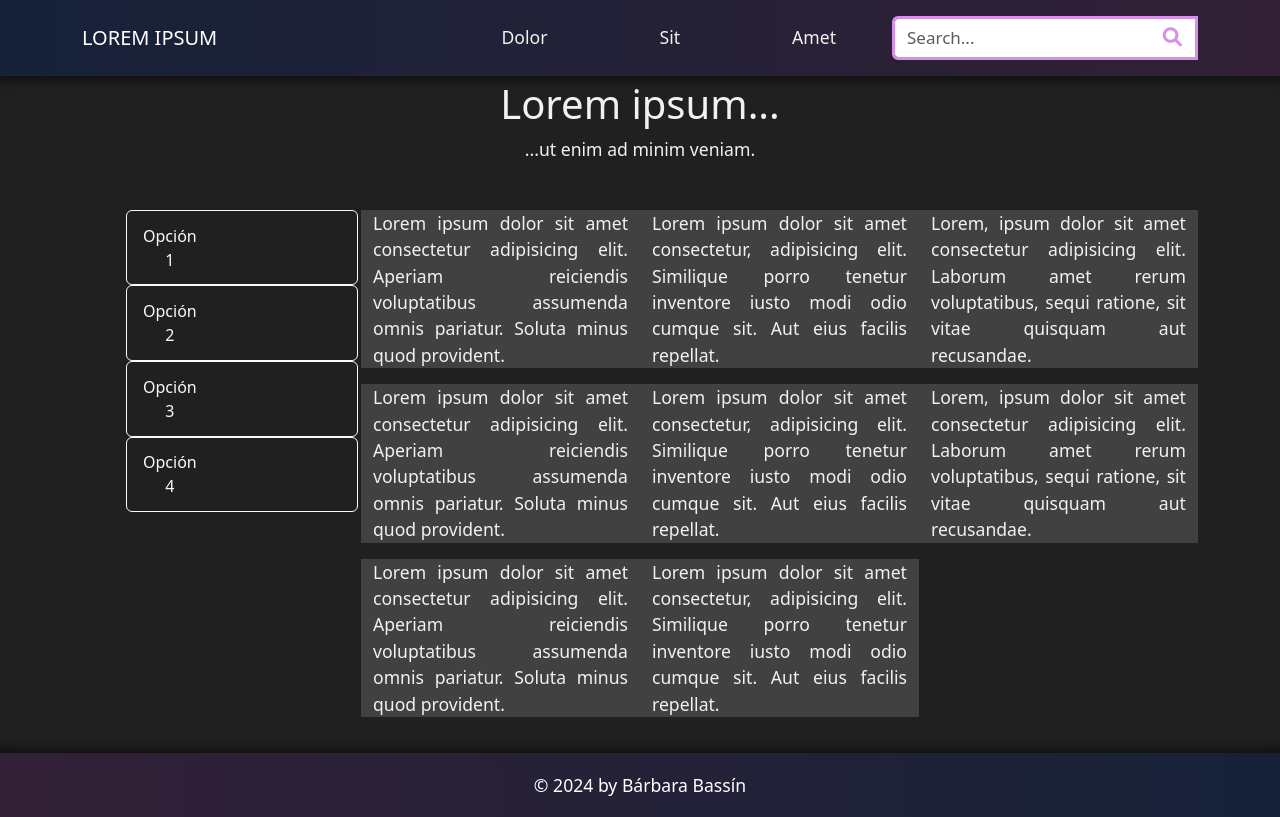
Repository: romancegirl/responsiveness
Page: index.html
An editor plug-in stored every save of this project. The page is shown before and after the next save, followed by the edit.
The browser window is 1280 px wide. The pictures show the whole page.

Above is the page before, as saved 2024-11-29 21:23:51.

### index.html
<!DOCTYPE html>
<html lang="en">

<head>
    <meta charset="UTF-8">
    <meta name="viewport" content="width=device-width, initial-scale=1.0">
    <title>Responsiveness - Bárbara Bassín</title>
    <link href="https://cdn.jsdelivr.net/npm/bootstrap@5.3.0/dist/css/bootstrap.min.css" rel="stylesheet">
    <link rel="stylesheet" href="https://cdnjs.cloudflare.com/ajax/libs/font-awesome/6.0.0-beta3/css/all.min.css">
    <link rel="stylesheet" href="css/header-and-footer.css">
    <link rel="stylesheet" href="css/styles.css">
</head>

<body>
    <!-- Header -->
    <header class="py-2">
        <div class="container d-flex align-items-center justify-content-between" id="profile">
            <h5 class="m-0">LOREM IPSUM</h5>
            <nav class="navbar navbar-expand-lg">
                <button class="navbar-toggler" type="button" data-bs-toggle="collapse" data-bs-target="#navbarNav"
                    aria-controls="navbarNav" aria-expanded="false" aria-label="Toggle navigation">
                    <i class="fas fa-bars"></i>
                </button>
                <div class="collapse navbar-collapse" id="navbarNav">
                    <ul class="navbar-nav">
                        <li class="nav-item"><a class="nav-link">Dolor</a></li>
                        <li class="nav-item"><a class="nav-link">Sit</a></li>
                        <li class="nav-item"><a class="nav-link">Amet</a></li>
                        <li class="nav-item dropdown d-lg-none">
                            <a class="nav-link dropdown-toggle" href="#" id="dropdownMenuButton" role="button"
                                data-bs-toggle="dropdown" aria-expanded="false">
                                Opciones
                            </a>
                            <ul class="dropdown-menu" aria-labelledby="dropdownMenuButton">
                                <li><button type="button" class="dropdown-item">Opción 1</button></li>
                                <li><button type="button" class="dropdown-item">Opción 2</button></li>
                                <li><button type="button" class="dropdown-item">Opción 3</button></li>
                                <li><button type="button" class="dropdown-item">Opción 4</button></li>
                            </ul>
                        </li>
                        <li>
                            <div class="search-container">
                                <form action="/action_page.php">
                                    <div class="input-group">
                                        <input type="text" class="form-control" placeholder="Search..." name="search">
                                        <button type="submit" class="btn">
                                            <i class="fa fa-search"></i>
                                        </button>
                                    </div>
                                </form>
                            </div>
                        </li>
                    </ul>
                </div>
            </nav>
        </div>
    </header>



    <!-- Main -->
    <main class="container my-1">
        <div>
            <h1>Lorem ipsum...</h1>
            <div id="textCarousel" class="carousel slide" data-bs-ride="carousel" data-bs-interval="2000">
                <div class="carousel-inner">
                    <div class="carousel-item active">
                        <p>...olor sit amet, consectetur adipiscing elit...</p>
                    </div>
                    <div class="carousel-item">
                        <p>...sed do eiusmod tempor incididunt ut labore...</p>
                    </div>
                    <div class="carousel-item">
                        <p>...ut enim ad minim veniam.</p>
                    </div>
                </div>
            </div>
        </div>


        <div class="container inside">
            <div class="row">
                <div class="col-lg-3 d-none d-lg-block" id="options">
                    <ul>
                        <li><button type="button" class="btn btn-outline-light">Opción 1</button></li>
                        <li><button type="button" class="btn btn-outline-light">Opción 2</button></li>
                        <li><button type="button" class="btn btn-outline-light">Opción 3</button></li>
                        <li><button type="button" class="btn btn-outline-light">Opción 4</button></li>
                    </ul>
                </div>
                <div class="col-lg-9 col-md-12" id="paragraphs">
                    <div class="row">
                        <div class="col-6 col-md-4 paragraph">Lorem ipsum dolor sit amet consectetur adipisicing elit.
                            Aperiam reiciendis voluptatibus assumenda omnis pariatur. Soluta minus quod provident.
                        </div>
                        <div class="col-6 col-md-4 paragraph">Lorem ipsum dolor sit amet consectetur, adipisicing elit.
                            Similique porro
                            tenetur inventore iusto modi odio cumque sit. Aut eius facilis repellat.</div>
                        <div class="col-6 col-md-4 paragraph">Lorem, ipsum dolor sit amet consectetur adipisicing elit.
                            Laborum
                            amet rerum
                            voluptatibus, sequi ratione, sit vitae quisquam aut recusandae.</div>
                        <div class="col-6 col-md-4 paragraph">Lorem ipsum dolor sit amet consectetur adipisicing elit.
                            Aperiam
                            reiciendis
                            voluptatibus assumenda omnis pariatur. Soluta minus quod provident.</div>
                        <div class="col-6 col-md-4 paragraph">Lorem ipsum dolor sit amet consectetur, adipisicing elit.
                            Similique porro
                            tenetur inventore iusto modi odio cumque sit. Aut eius facilis repellat.</div>
                        <div class="col-6 col-md-4 paragraph">Lorem, ipsum dolor sit amet consectetur adipisicing elit.
                            Laborum
                            amet rerum
                            voluptatibus, sequi ratione, sit vitae quisquam aut recusandae.</div>
                        <div class="col-6 col-md-4 paragraph">Lorem ipsum dolor sit amet consectetur adipisicing elit.
                            Aperiam
                            reiciendis
                            voluptatibus assumenda omnis pariatur. Soluta minus quod provident.</div>
                        <div class="col-6 col-md-4 paragraph">Lorem ipsum dolor sit amet consectetur, adipisicing elit.
                            Similique porro
                            tenetur inventore iusto modi odio cumque sit. Aut eius facilis repellat.</div>
                    </div>
                </div>
            </div>
        </div>
    </main>

    <!-- Footer -->
    <footer class="bg-dark text-center py-2">
        <div>&copy; 2024 by Bárbara Bassín</div>
    </footer>
    <script src="js/script.js"></script>
    <script src="https://cdn.jsdelivr.net/npm/bootstrap@5.3.0/dist/js/bootstrap.bundle.min.js"></script>
</body>

</html>

### css/header-and-footer.css
header {
    background: linear-gradient(to right, #162238, #322036);
    color: #fff;
    position: relative;
    box-shadow: 0 0 10px 5px rgba(0, 0, 0, 0.5);
}

main {
    min-height: 70vh;
    padding-bottom: 1rem;
    box-sizing: border-box;
}

a.nav-link {
    color: #f1f1f1;
}

a.nav-link:hover {
    color: #f6c7de;
    transition: color 0.3s, text-shadow 0.3s;
    transform: scale(1.05);
}

.search-container {
    display: flex;
    justify-content: center;
    align-items: center;
    position: relative;
}

.input-group .form-control {
    padding-right: 2.5rem;
    font-size: 17px;
    border: 0.2rem solid #d98fe9;
}

.input-group .btn {
    position: absolute;
    right: 1rem;
    top: 50%;
    transform: translateY(-50%);
    background-color: transparent;
    border: none;
    padding: 0;
    cursor: pointer;
}

.input-group .btn .fa-search {
    color: #d98fe9;
    font-size: 1.2rem;
}

.navbar-nav .nav-item {
    margin: 0 3rem 0 3rem;
}


/* navbar-toggle */

.navbar-toggler {
    border-color: #fff;
}

.navbar-toggler .fas {
    color: #fff;
    /* Cambia el color del ícono */
}

.navbar-collapse {
    justify-content: flex-end;
}

.navbar-toggler:hover {
    cursor: pointer;
}

.navbar-toggler:focus {
    outline: none;
    box-shadow: none;
}

@media (max-width: 995px) {

    .navbar-collapse {
        display: none;
        position: absolute;
        top: 119%;
        left: -190px;
        width: 100%;
        z-index: 999;
        flex-direction: column-reverse;
        align-items: center;
    }

    .navbar-collapse.show {
        display: flex;
    }

    .navbar {
        width: 60%;
    }

    .navbar-nav {
        background: linear-gradient(to right, #162238fd, #322036fd);
        color: #fff;
        padding: 1.5rem;
        border-radius: 0 0 50px 50px;
        font-weight: bold;
        text-align: center;
        box-shadow: 0 0 10px 5px rgba(0, 0, 0, 0.5);

    }

    .navbar-nav:hover {
        cursor: pointer;

    }

    a.nav-link:hover {
        color: #f6c7de;
        transition: color 0.3s, text-shadow 0.3s;
        transform: scale(1.05);
    }

    .navbar-nav .nav-item {
        margin: 10px 0;
    }

    .navbar a {
        float: none;
        display: block;
        text-align: center;
        width: 100%;
        margin: 0;
        padding: 0.5rem;
    }

    .navbar .search-container {
        float: none;
    }

    .navbar .search-container button {
        align-items: right;
    }

    .navbar input[type=text] {
        border-radius: 0.2rem;
        border: 0.2rem solid #d98fe9;
    }

}


@media (max-width: 768px) {

    .navbar-collapse {
        display: none;
        position: absolute;
        top: 119%;
        left: -140px;
        width: 100%;
        z-index: 999;
        flex-direction: column-reverse;
        align-items: center;
    }


}


footer {
    background: linear-gradient(to right, #322036, #162238);
    color: #fff;
    bottom: 0;
    min-height: 4rem;
    display: flex;
    justify-content: center;
    align-items: center;
    box-shadow: 0 0 10px 5px rgba(0, 0, 0, 0.5);
}

### css/styles.css
body {
    background-color: #202020;
    color: #f1f1f1;
    font-size: 110%;
}

/* Profile and resume */

.profile-photo {
    width: 250px;
    height: 250px;
    border: #a5c3ffcd;
    border-style: double;
    border-width: 5px;
    border-radius: 70px;
    display: flex;
    justify-content: center;
    align-items: center;
    overflow: hidden;
    /* Oculta cualquier parte de la imagen que se desborde */
    float: right;
}

/* titles */

h1 {
    text-align: center;
}

h2,
h3,
h4 {
    background: linear-gradient(#d98fe9, #5E91FA);
    -webkit-background-clip: text;
    background-clip: text;
    -webkit-text-fill-color: transparent;
}

h5 {
    margin: 0;
}

/* General */

#textCarousel {
    width: 40rem;
    margin: auto;
}

p {
    text-align: center;
}

.row {
    text-align: justify;
}

.paragraph {
margin-bottom: 1rem;
background-color: #414141;
}

.inside {
    margin-top: 2rem;
}

.btn-outline-light {
    padding: 0.8rem 10rem 0.8rem 1rem;
}

li {
    list-style: none;
}

/* Responsiveness */

.title-small,
.title-x-small {
    display: none;
}

@media screen and (max-width: 1400px) {

    .title-large,
    .title-x-small {
        display: none;
    }

    .title-small {
        display: block;
    }
}

@media screen and (max-width: 768px) {

    .title-large,
    .title-small {
        display: none;
    }

    .title-x-small {
        display: block;
        text-align: center;

    }

    #textCarousel {
        max-width: 90%; /* Usa un tamaño relativo en lugar de fijo */
    }
}

### js/script.js
document.addEventListener('click', function(event) {
    var navbar = document.querySelector('.navbar-collapse');
    var toggler = document.querySelector('.navbar-toggler');

    // Si el menú está abierto y se hace clic fuera de él, lo cierra
    if (navbar.classList.contains('show') && !navbar.contains(event.target) && !toggler.contains(event.target)) {
        var bsCollapse = new bootstrap.Collapse(navbar, {
            toggle: false
        });
        bsCollapse.hide();
    }
});

After the next save:
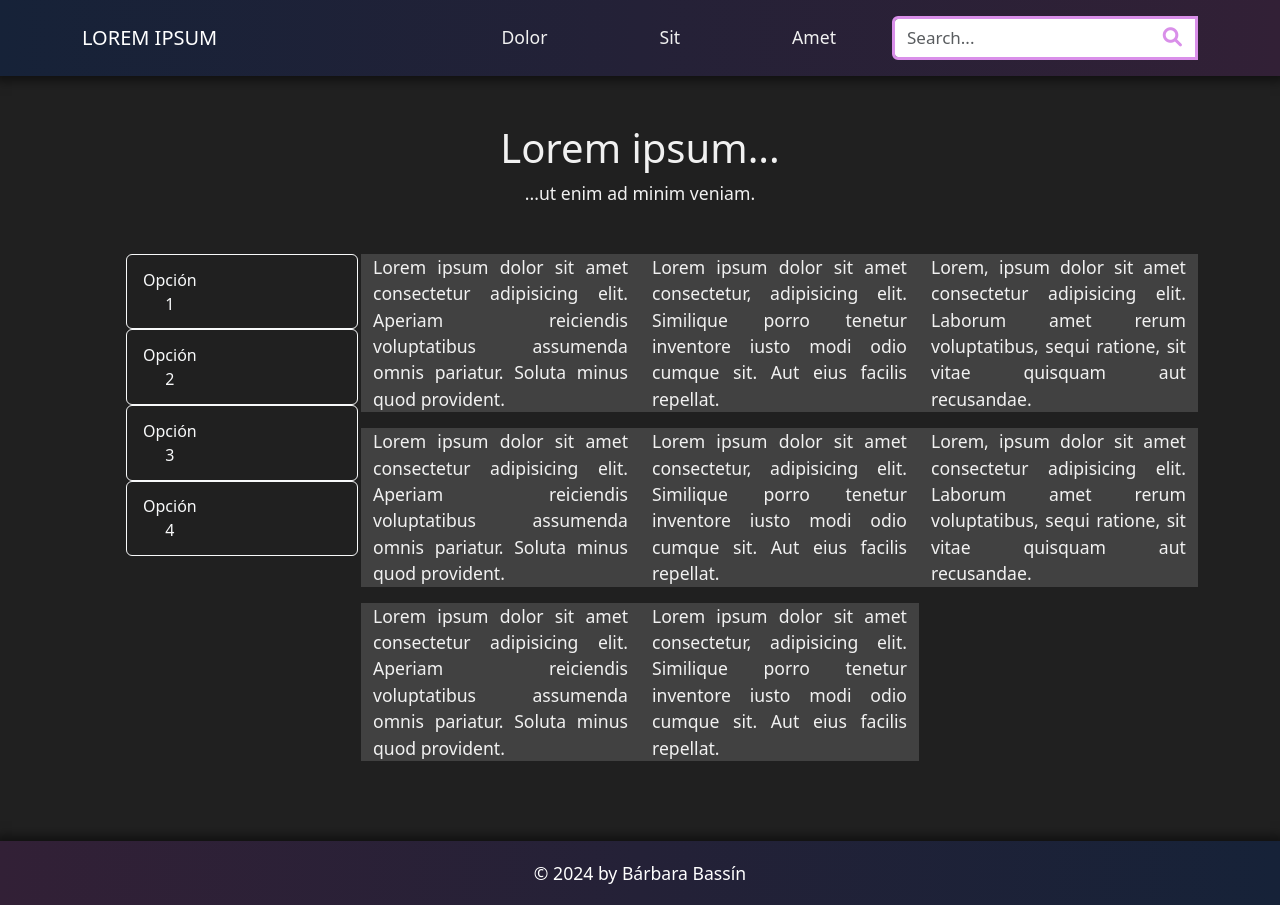
Saved 6 s later.
--- a/index.html
+++ b/index.html
@@ -59,7 +59,7 @@
 
 
     <!-- Main -->
-    <main class="container my-1">
+    <main class="container my-5">
         <div>
             <h1>Lorem ipsum...</h1>
             <div id="textCarousel" class="carousel slide" data-bs-ride="carousel" data-bs-interval="2000">

After the save that followed:
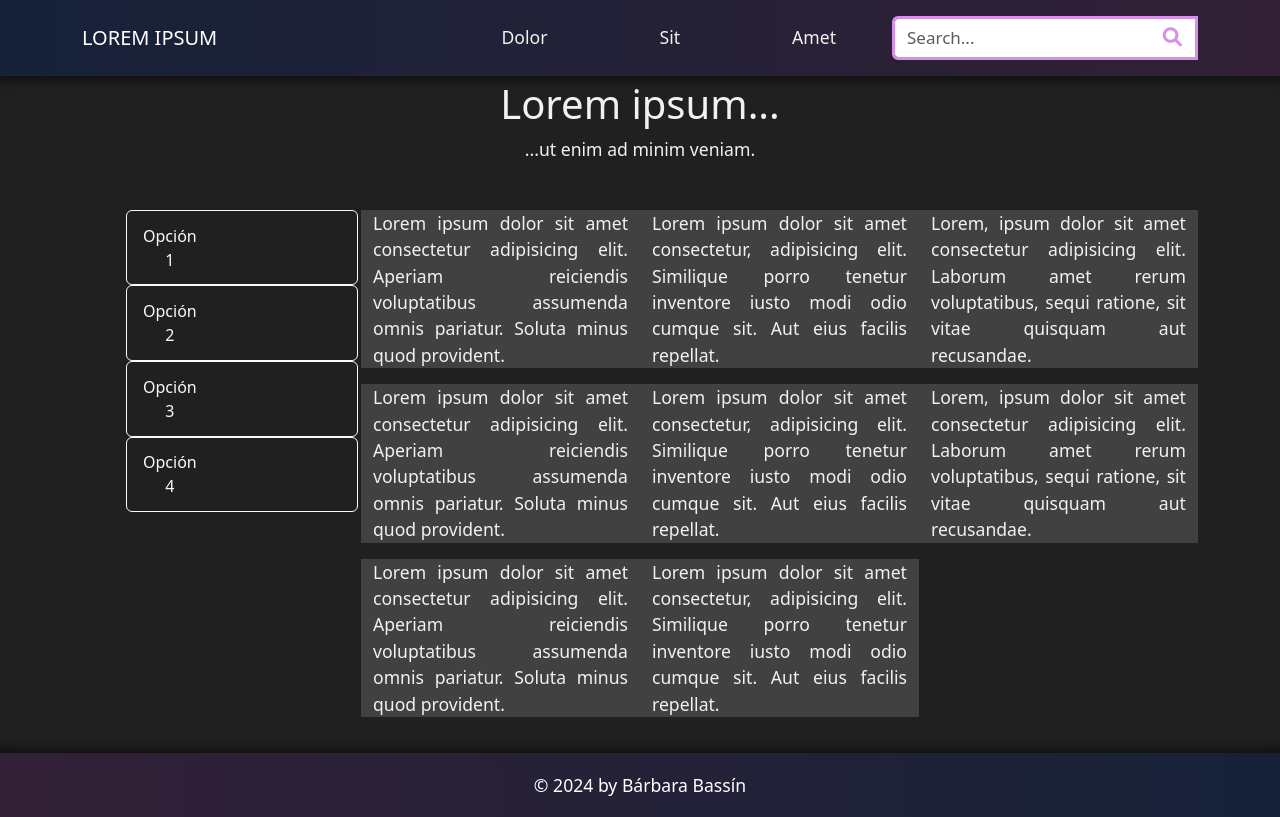
Saved 10 s later.
--- a/index.html
+++ b/index.html
@@ -59,7 +59,7 @@
 
 
     <!-- Main -->
-    <main class="container my-5">
+    <main class="container my-1">
         <div>
             <h1>Lorem ipsum...</h1>
             <div id="textCarousel" class="carousel slide" data-bs-ride="carousel" data-bs-interval="2000">
